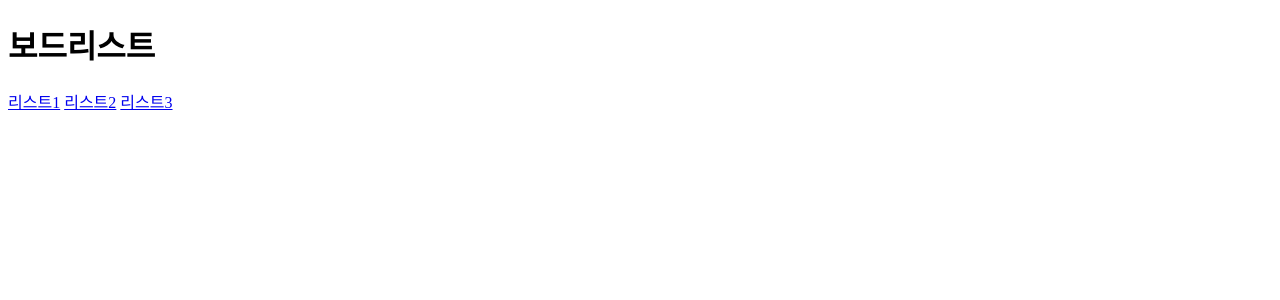
Repository: SeungwanHong/Web-jsp-
Page: http://localhost/Board2_20170406/form/board_list.jsp
These files come from the project's save history. The page is drawn as it stood at one moment and after the next save; the edit follows.
The browser window is 1280 px wide. The pictures show the whole page.
The page is served by Tomcat 9.

Above is the page before, as saved 2017-04-07 07:19:17.

After the next save:
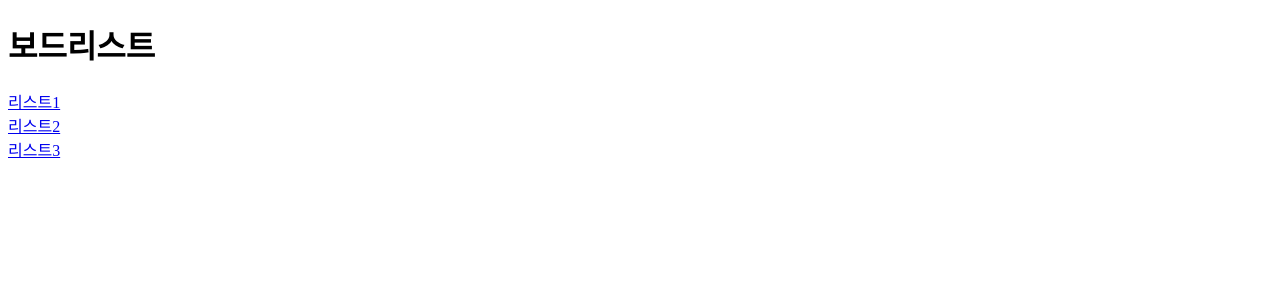
Saved 8 s later.
--- a/Board2_20170406/WebContent/form/board_list.jsp
+++ b/Board2_20170406/WebContent/form/board_list.jsp
@@ -9,8 +9,8 @@
 </head>
 <body>
 <h1>보드리스트</h1>
-<a href="<%= Url.URL_FULL_BOARDCONTENT %>?indx=1">리스트1</a>
-<a href="<%= Url.URL_FULL_BOARDCONTENT %>?indx=1">리스트2</a>
-<a href="<%= Url.URL_FULL_BOARDCONTENT %>?indx=1">리스트3</a>
+<a href="<%= Url.URL_FULL_BOARDCONTENT %>?indx=1">리스트1</a><br/>
+<a href="<%= Url.URL_FULL_BOARDCONTENT %>?indx=1">리스트2</a><br/>
+<a href="<%= Url.URL_FULL_BOARDCONTENT %>?indx=1">리스트3</a><br/>
 </body>
 </html>
